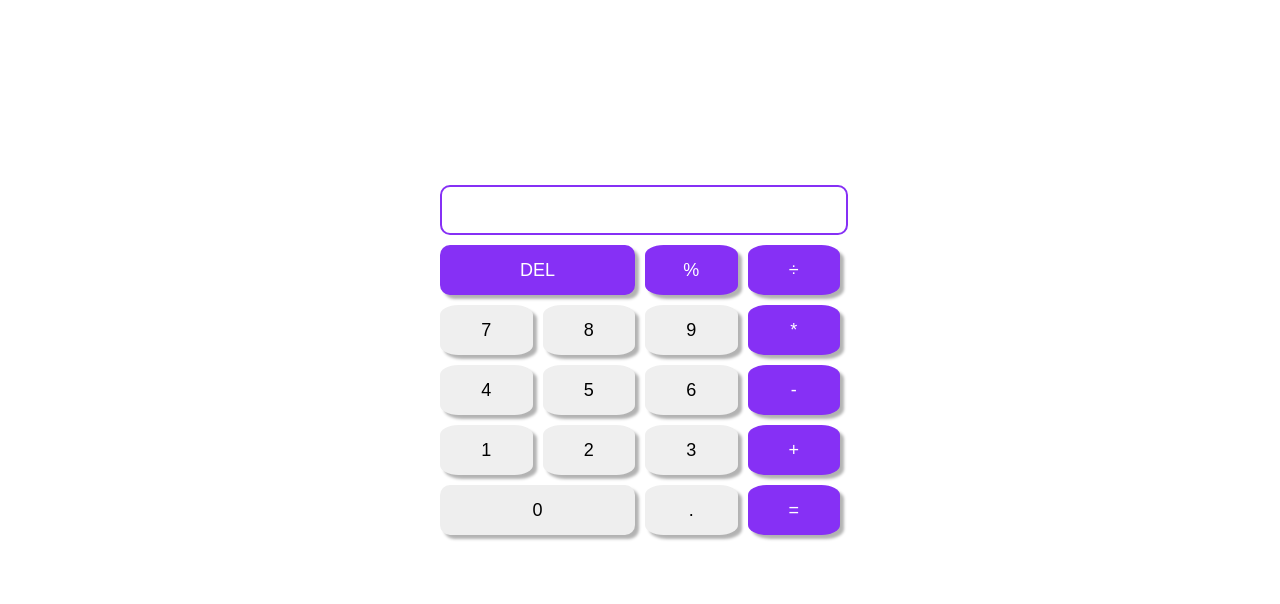
Repository: zlazlazla35/calculator
Page: /
These files come from the project's save history. The page is drawn as it stood at one moment and after the next save; the edit follows.
The browser window is 1280 px wide. The pictures show the whole page.
The project was rebuilt for these pictures with package versions that can differ from the ones it lists, and the page was loaded fresh each time.

Above is the page before, as saved 2024-10-15 16:30:15.

After the next save:
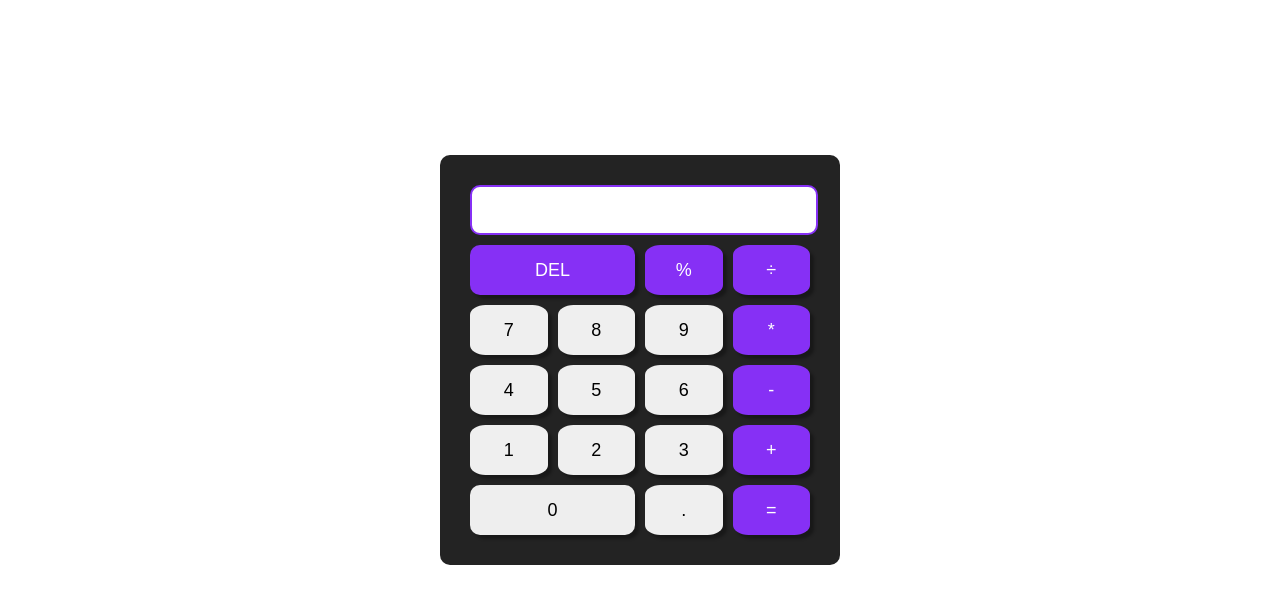
Saved 3 min 50 s later.
--- a/src/App.css
+++ b/src/App.css
@@ -37,7 +37,7 @@
   }
 }
 .App {width: 100%; height: 100vh; display: flex; align-items: center; justify-content: center;}
-.contents {width: 100%; max-width: 400px; }
+.contents {width: 100%; max-width: 400px; background: #232323;box-sizing: border-box;padding: 30px; border-radius: 10px;}
 input {width: 100%; height: 44px; margin-bottom: 10px; border: 2px solid #8630f5; border-radius: 10px;}
 input:focus {outline: #8630f5; }
 .active { box-shadow: 2px 2px 1px rgba(0, 0, 0, 0.3) !important; border: 2px solid #232323; }
